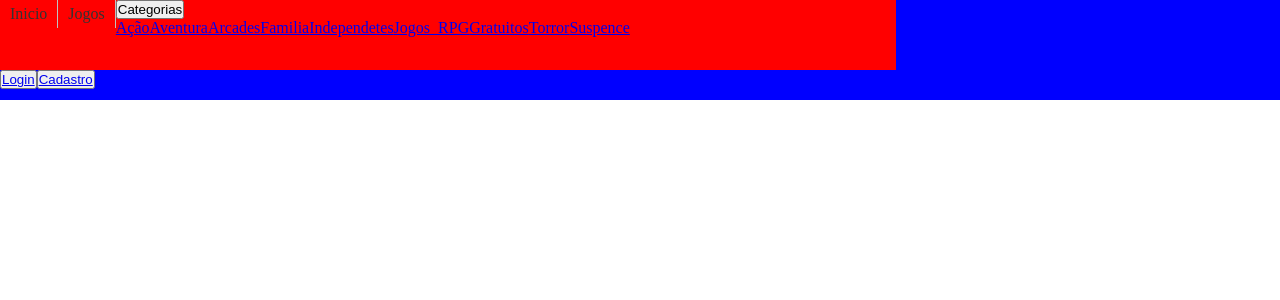
Repository: MarcoantonioCaldeira/Projeto-Go-Gamming
Page: /
The author's editor kept a copy of each file at every save. The page is drawn from the files as they stood at one save, then again after a run of saves.
The browser window is 1280 px wide. The pictures show the whole page.
The project was rebuilt for these pictures with package versions that can differ from the ones it lists, and the page was loaded fresh each time. Also part of the build but not shown: src/pages/Inicio/estilo.css, src/pages/rodape/rodape.js, src/pages/Inicio/Inicio.js, src/pages/Jogos/Jogos.js, src/pages/Categorias/Acao.js, src/pages/Categorias/Aventura.js, src/pages/Categorias/Arcades.js, src/pages/Categorias/Familia.js and 7 more.

Above is the page before, as saved 2023-02-05 13:40:12.

After the next 2 saves:
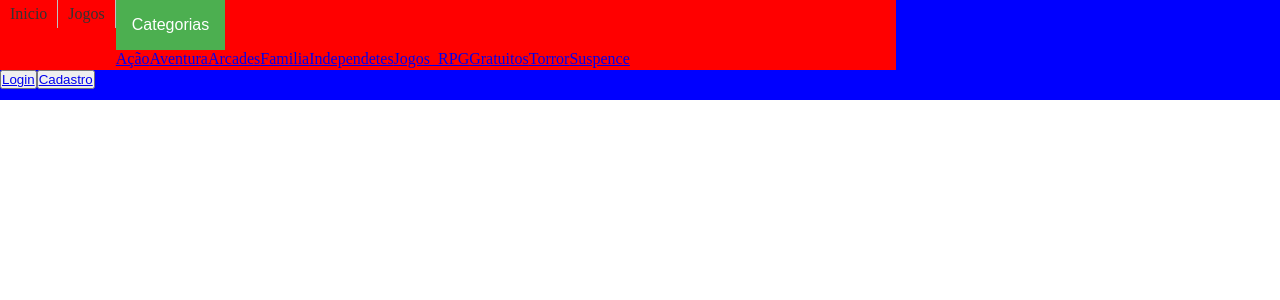
The 2 saves are shown as one change because they came seconds apart.
The last was saved 30 s later.
--- a/src/pages/Menu/estilo.css
+++ b/src/pages/Menu/estilo.css
@@ -40,4 +40,14 @@
 .dropdown {
     position: relative;
     display: inline-block;
-  }
+}
+
+
+.dropbtn {
+    background-color: #4CAF50;
+    color: white;
+    padding: 16px;
+    font-size: 16px;
+    border: none;
+    cursor: pointer;
+}
